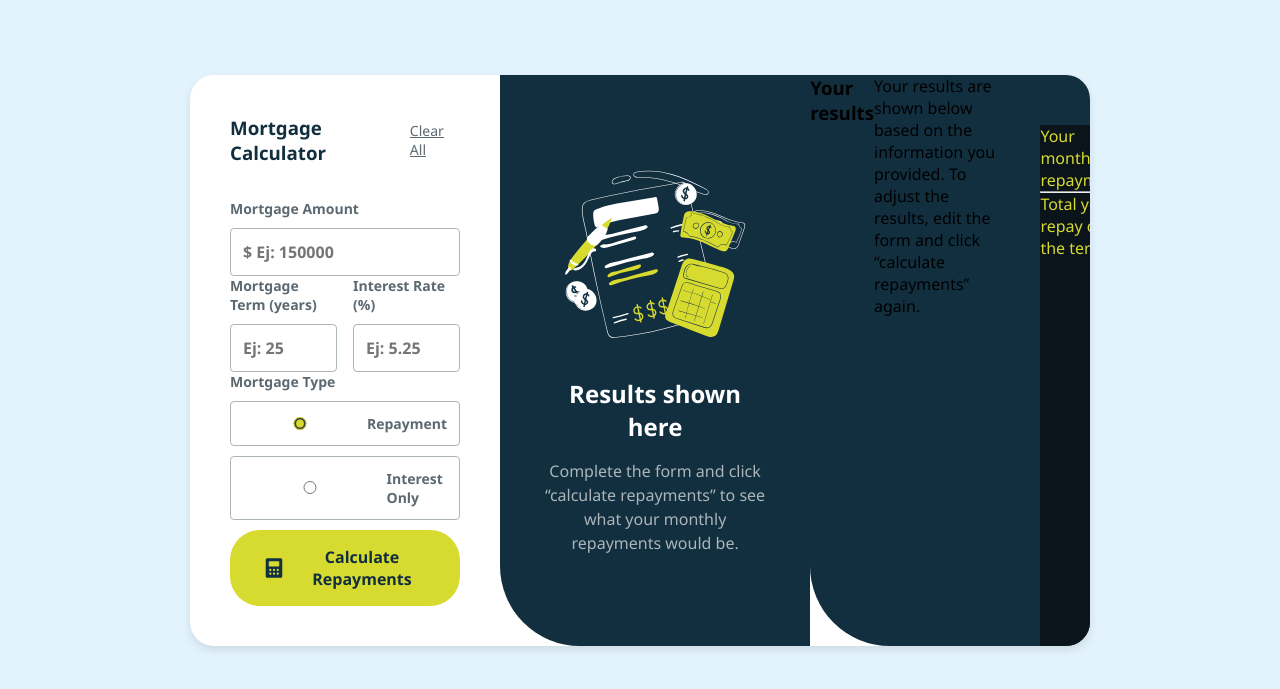
Repository: GravielPV/Mortgage-repayment-calculator
Page: index.html
These files come from the project's save history. The page is drawn as it stood at one moment and after a run of saves; the edit follows.
The browser window is 1280 px wide. The pictures show the whole page.

Above is the page before, as saved 2025-12-14 15:11:38.

After the next 6 saves:
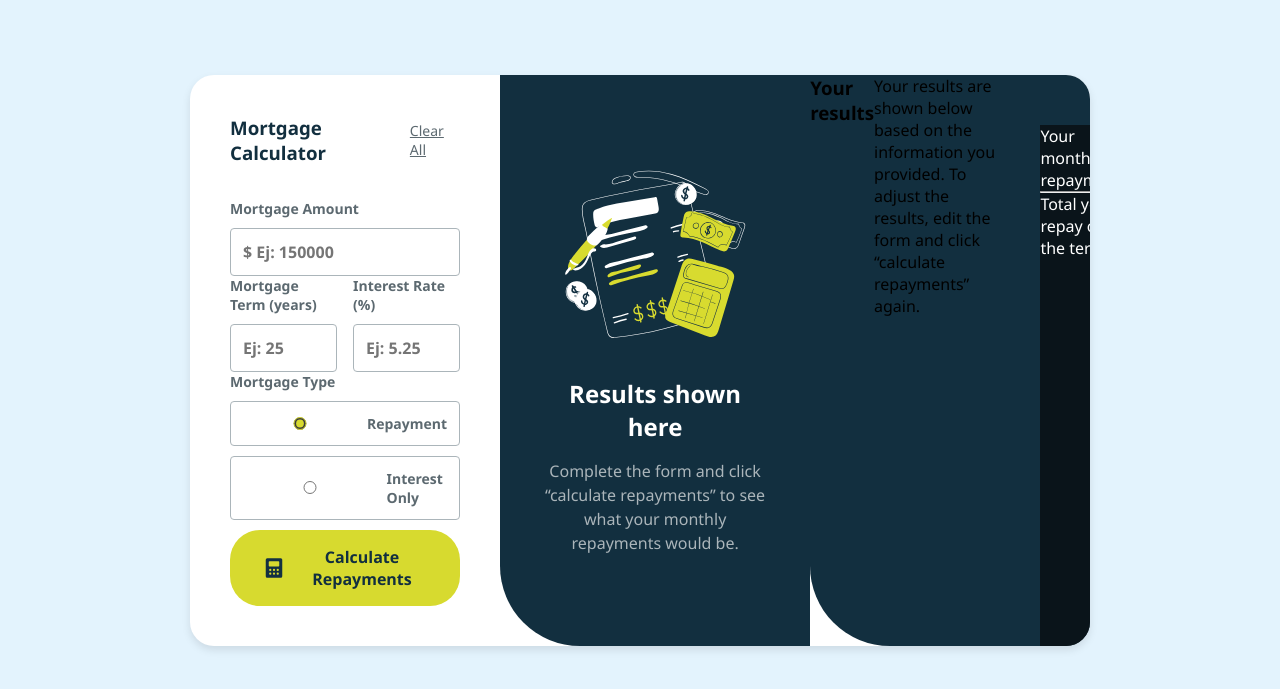
The 6 saves are shown as one change because they came seconds apart.
The last was saved 15 s later.
--- a/styles.css
+++ b/styles.css
@@ -206,6 +206,10 @@ button:hover {
 
 }
 
+.resultado .caja-resultados p{
+    color: white;
+}
+
 
 
 /* Responsive */
